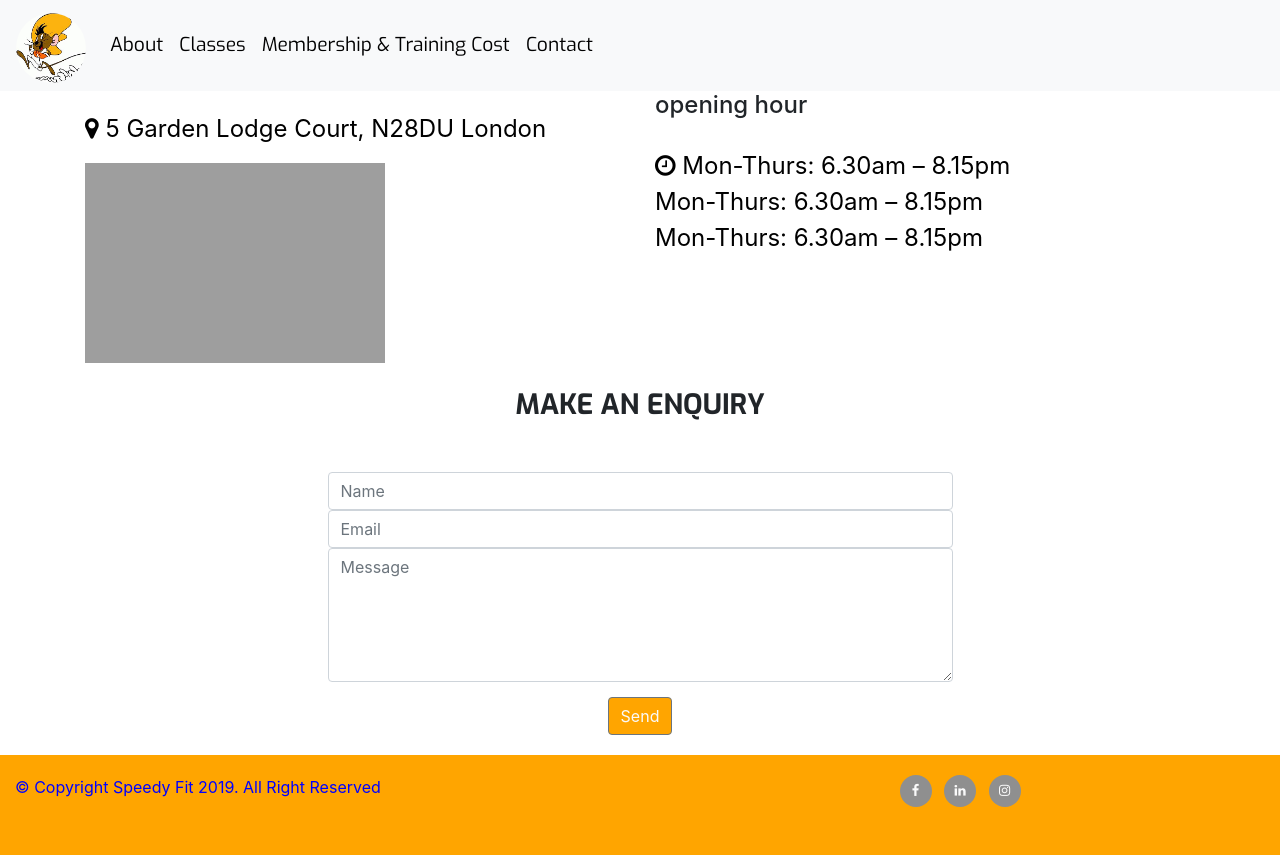
Repository: marcomoreschi/Milestrone-project
Page: membership&trainingcost.html
The author's editor kept a record of every edit. The page is drawn from the files as they stood at one moment, then again after the next edit.
The browser window is 1280 px wide. The pictures show the whole page.
Pictures or frames that could not be fetched are drawn as grey boxes. Some web libraries are served in a nearby version.

Above is the page before.

After the next edit:
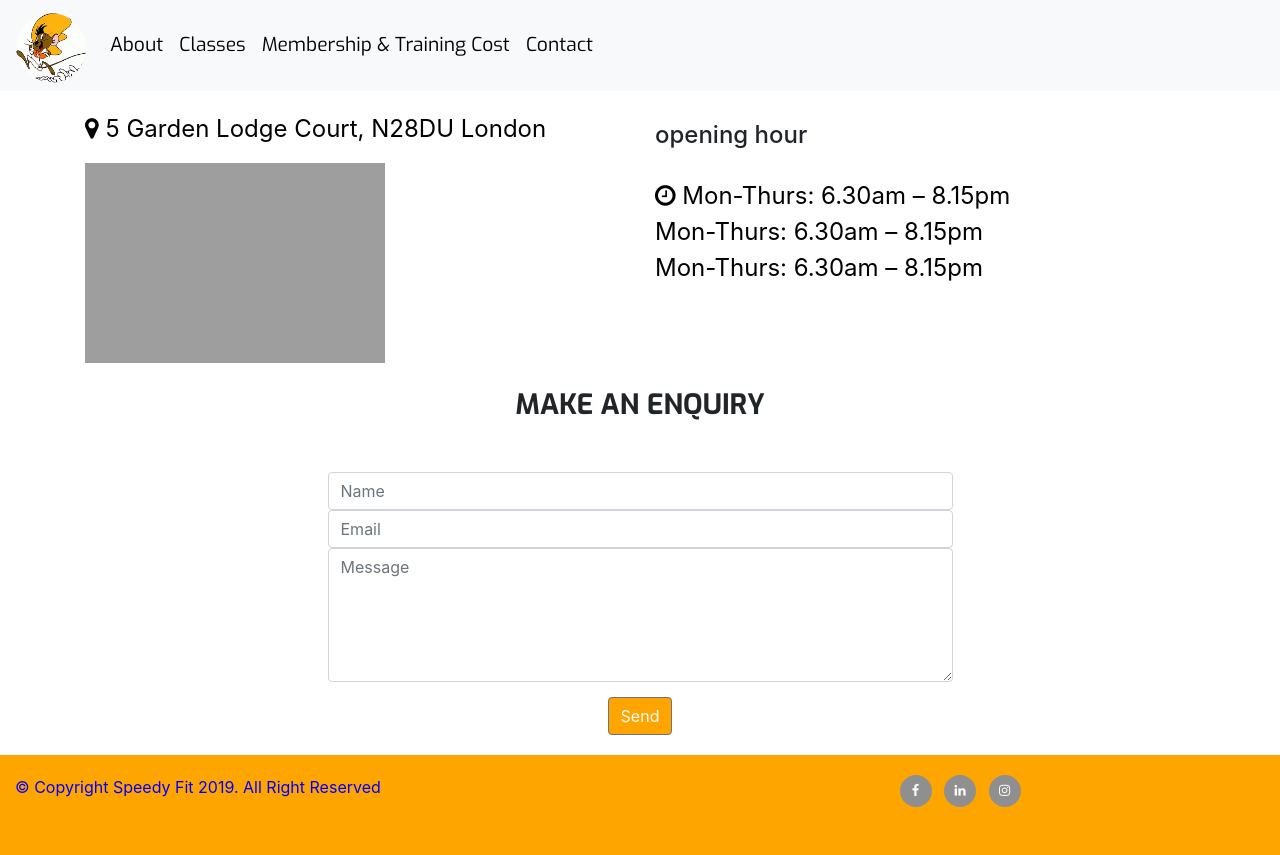
The edit:
--- a/membership&trainingcost.html
+++ b/membership&trainingcost.html
@@ -53,7 +53,7 @@
 <style>.mapouter{ position:relative; text-align:right;height:200px;width:300px;}
 .gmap_canvas {overflow:hidden;background:none!important;height:200px;width:300px;}</style></div>
 </div>
-        <div class="col-sm-6">
+        <div class="col-sm-6 hours-details">
         <h4>opening hour</h4>
         <p><i class="fa fa-clock-o" aria-hidden="true"></i> Mon-Thurs: 6.30am – 8.15pm <br>Mon-Thurs: 6.30am – 8.15pm <br> Mon-Thurs: 6.30am – 8.15pm</p>
         </div>
